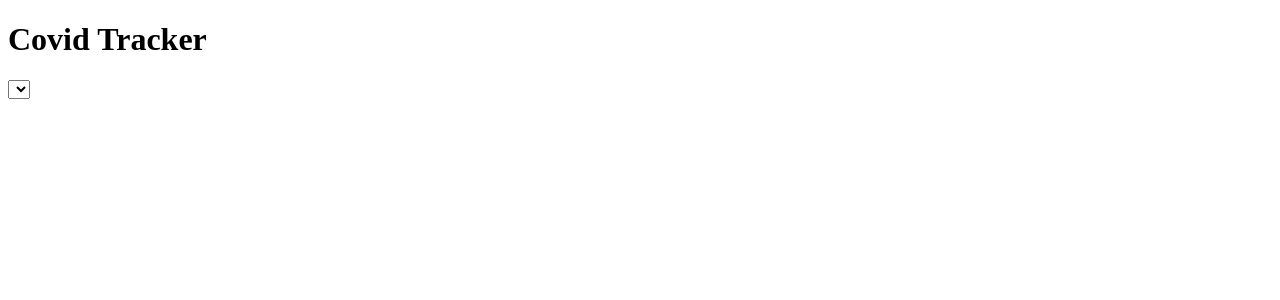
Repository: isopets/react-corona-tracker-app
Page: /
The author's editor kept a copy of each file at every save. The page is drawn from the files as they stood at one save, then again after a run of saves.
The browser window is 1280 px wide. The pictures show the whole page.
The project was rebuilt for these pictures with package versions that can differ from the ones it lists, and the page was loaded fresh each time. Also part of the build but not shown: src/App.css.

Above is the page before, as saved 2022-06-16 22:24:11.

### src/App.js
import "./App.css";
import TopPage from "./pages/TopPage";

function App() {
  return (
    <div>
      <TopPage />
    </div>
  );
}

export default App;

### src/pages/TopPage.js
import Title from "../components/Title";
import Selector from "../components/Selector";
const TopPage = () => {
  return (
    <div>
      <Title />
      <Selector />
    </div>
  );
};

export default TopPage;

### src/components/Title.js
const Title = () => {
  return <div><h1>Covid Tracker</h1> </div>;
};

export default Title;

### src/components/Selector.js
import countriesJson from "../countries.json";
const Selector = () => {
  return (
    <div>
      <select>
        {countriesJson.map(country => (
          <option>{}</option>
        ))}
      </select>
    </div>
  );
};

export default Selector;

### src/countries.json
[{
        "Country": "Senegal",
        "Slug": "senegal",
        "ISO2": "SN"
    },
    {
        "Country": "United States of America",
        "Slug": "united-states",
        "ISO2": "US"
    },
    {
        "Country": "Antigua and Barbuda",
        "Slug": "antigua-and-barbuda",
        "ISO2": "AG"
    },
    {
        "Country": "Greece",
        "Slug": "greece",
        "ISO2": "GR"
    },
    {
        "Country": "Myanmar",
        "Slug": "myanmar",
        "ISO2": "MM"
    },
    {
        "Country": "Angola",
        "Slug": "angola",
        "ISO2": "AO"
    },
    {
        "Country": "British Virgin Islands",
        "Slug": "british-virgin-islands",
        "ISO2": "VG"
    },
    {
        "Country": "Japan",
        "Slug": "japan",
        "ISO2": "JP"
    },
    {
        "Country": "Liechtenstein",
        "Slug": "liechtenstein",
        "ISO2": "LI"
    },
    {
        "Country": "Nigeria",
        "Slug": "nigeria",
        "ISO2": "NG"
    },
    {
        "Country": "Rwanda",
        "Slug": "rwanda",
        "ISO2": "RW"
    },
    {
        "Country": "Vanuatu",
        "Slug": "vanuatu",
        "ISO2": "VU"
    },
    {
        "Country": "Mali",
        "Slug": "mali",
        "ISO2": "ML"
    },
    {
        "Country": "Nauru",
        "Slug": "nauru",
        "ISO2": "NR"
    },
    {
        "Country": "Brazil",
        "Slug": "brazil",
        "ISO2": "BR"
    },
    {
        "Country": "Chile",
        "Slug": "chile",
        "ISO2": "CL"
    },
    {
        "Country": "Cocos (Keeling) Islands",
        "Slug": "cocos-keeling-islands",
        "ISO2": "CC"
    },
    {
        "Country": "Grenada",
        "Slug": "grenada",
        "ISO2": "GD"
    },
    {
        "Country": "Slovenia",
        "Slug": "slovenia",
        "ISO2": "SI"
    },
    {
        "Country": "Virgin Islands, US",
        "Slug": "virgin-islands",
        "ISO2": "VI"
    },
    {
        "Country": "Belize",
        "Slug": "belize",
        "ISO2": "BZ"
    },
    {
        "Country": "Comoros",
        "Slug": "comoros",
        "ISO2": "KM"
    },
    {
        "Country": "Estonia",
        "Slug": "estonia",
        "ISO2": "EE"
    },
    {
        "Country": "Singapore",
        "Slug": "singapore",
        "ISO2": "SG"
    },
    {
        "Country": "Barbados",
        "Slug": "barbados",
        "ISO2": "BB"
    },
    {
        "Country": "Namibia",
        "Slug": "namibia",
        "ISO2": "NA"
    },
    {
        "Country": "Tunisia",
        "Slug": "tunisia",
        "ISO2": "TN"
    },
    {
        "Country": "Central African Republic",
        "Slug": "central-african-republic",
        "ISO2": "CF"
    },
    {
        "Country": "Costa Rica",
        "Slug": "costa-rica",
        "ISO2": "CR"
    },
    {
        "Country": "Jersey",
        "Slug": "jersey",
        "ISO2": "JE"
    },
    {
        "Country": "Romania",
        "Slug": "romania",
        "ISO2": "RO"
    },
    {
        "Country": "Western Sahara",
        "Slug": "western-sahara",
        "ISO2": "EH"
    },
    {
        "Country": "Cameroon",
        "Slug": "cameroon",
        "ISO2": "CM"
    },
    {
        "Country": "Tonga",
        "Slug": "tonga",
        "ISO2": "TO"
    },
    {
        "Country": "American Samoa",
        "Slug": "american-samoa",
        "ISO2": "AS"
    },
    {
        "Country": "Colombia",
        "Slug": "colombia",
        "ISO2": "CO"
    },
    {
        "Country": "Mayotte",
        "Slug": "mayotte",
        "ISO2": "YT"
    },
    {
        "Country": "Uzbekistan",
        "Slug": "uzbekistan",
        "ISO2": "UZ"
    },
    {
        "Country": "Eritrea",
        "Slug": "eritrea",
        "ISO2": "ER"
    },
    {
        "Country": "Mongolia",
        "Slug": "mongolia",
        "ISO2": "MN"
    },
    {
        "Country": "New Caledonia",
        "Slug": "new-caledonia",
        "ISO2": "NC"
    },
    {
        "Country": "Zambia",
        "Slug": "zambia",
        "ISO2": "ZM"
    },
    {
        "Country": "Mexico",
        "Slug": "mexico",
        "ISO2": "MX"
    },
    {
        "Country": "Papua New Guinea",
        "Slug": "papua-new-guinea",
        "ISO2": "PG"
    },
    {
        "Country": "Liberia",
        "Slug": "liberia",
        "ISO2": "LR"
    },
    {
        "Country": "Malaysia",
        "Slug": "malaysia",
        "ISO2": "MY"
    },
    {
        "Country": "Niger",
        "Slug": "niger",
        "ISO2": "NE"
    },
    {
        "Country": "India",
        "Slug": "india",
        "ISO2": "IN"
    },
    {
        "Country": "Guinea",
        "Slug": "guinea",
        "ISO2": "GN"
    },
    {
        "Country": "Malawi",
        "Slug": "malawi",
        "ISO2": "MW"
    },
    {
        "Country": "Maldives",
        "Slug": "maldives",
        "ISO2": "MV"
    },
    {
        "Country": "Uganda",
        "Slug": "uganda",
        "ISO2": "UG"
    },
    {
        "Country": "Dominican Republic",
        "Slug": "dominican-republic",
        "ISO2": "DO"
    },
    {
        "Country": "French Polynesia",
        "Slug": "french-polynesia",
        "ISO2": "PF"
    },
    {
        "Country": "Gabon",
        "Slug": "gabon",
        "ISO2": "GA"
    },
    {
        "Country": "Martinique",
        "Slug": "martinique",
        "ISO2": "MQ"
    },
    {
        "Country": "Niue",
        "Slug": "niue",
        "ISO2": "NU"
    },
    {
        "Country": "San Marino",
        "Slug": "san-marino",
        "ISO2": "SM"
    },
    {
        "Country": "Burkina Faso",
        "Slug": "burkina-faso",
        "ISO2": "BF"
    },
    {
        "Country": "Cape Verde",
        "Slug": "cape-verde",
        "ISO2": "CV"
    },
    {
        "Country": "Guyana",
        "Slug": "guyana",
        "ISO2": "GY"
    },
    {
        "Country": "Kiribati",
        "Slug": "kiribati",
        "ISO2": "KI"
    },
    {
        "Country": "Libya",
        "Slug": "libya",
        "ISO2": "LY"
    },
    {
        "Country": "Mauritius",
        "Slug": "mauritius",
        "ISO2": "MU"
    },
    {
        "Country": "Saint Pierre and Miquelon",
        "Slug": "saint-pierre-and-miquelon",
        "ISO2": "PM"
    },
    {
        "Country": "Belgium",
        "Slug": "belgium",
        "ISO2": "BE"
    },
    {
        "Country": "Thailand",
        "Slug": "thailand",
        "ISO2": "TH"
    },
    {
        "Country": "Dominica",
        "Slug": "dominica",
        "ISO2": "DM"
    },
    {
        "Country": "Netherlands",
        "Slug": "netherlands",
        "ISO2": "NL"
    },
    {
        "Country": "Republic of Kosovo",
        "Slug": "kosovo",
        "ISO2": "XK"
    },
    {
        "Country": "Brunei Darussalam",
        "Slug": "brunei",
        "ISO2": "BN"
    },
    {
        "Country": "Algeria",
        "Slug": "algeria",
        "ISO2": "DZ"
    },
    {
        "Country": "Anguilla",
        "Slug": "anguilla",
        "ISO2": "AI"
    },
    {
        "Country": "Croatia",
        "Slug": "croatia",
        "ISO2": "HR"
    },
    {
        "Country": "Faroe Islands",
        "Slug": "faroe-islands",
        "ISO2": "FO"
    },
    {
        "Country": "Saint Helena",
        "Slug": "saint-helena",
        "ISO2": "SH"
    },
    {
        "Country": "Saint Kitts and Nevis",
        "Slug": "saint-kitts-and-nevis",
        "ISO2": "KN"
    },
    {
        "Country": "Serbia",
        "Slug": "serbia",
        "ISO2": "RS"
    },
    {
        "Country": "Egypt",
        "Slug": "egypt",
        "ISO2": "EG"
    },
    {
        "Country": "Israel",
        "Slug": "israel",
        "ISO2": "IL"
    },
    {
        "Country": "Uruguay",
        "Slug": "uruguay",
        "ISO2": "UY"
    },
    {
        "Country": "British Indian Ocean Territory",
        "Slug": "british-indian-ocean-territory",
        "ISO2": "IO"
    },
    {
        "Country": "Isle of Man",
        "Slug": "isle-of-man",
        "ISO2": "IM"
    },
    {
        "Country": "Korea (North)",
        "Slug": "korea-north",
        "ISO2": "KP"
    },
    {
        "Country": "Macedonia, Republic of",
        "Slug": "macedonia",
        "ISO2": "MK"
    },
    {
        "Country": "Marshall Islands",
        "Slug": "marshall-islands",
        "ISO2": "MH"
    },
    {
        "Country": "Slovakia",
        "Slug": "slovakia",
        "ISO2": "SK"
    },
    {
        "Country": "South Africa",
        "Slug": "south-africa",
        "ISO2": "ZA"
    },
    {
        "Country": "Turkey",
        "Slug": "turkey",
        "ISO2": "TR"
    },
    {
        "Country": "Spain",
        "Slug": "spain",
        "ISO2": "ES"
    },
    {
        "Country": "Sweden",
        "Slug": "sweden",
        "ISO2": "SE"
    },
    {
        "Country": "Switzerland",
        "Slug": "switzerland",
        "ISO2": "CH"
    },
    {
        "Country": "Cayman Islands",
        "Slug": "cayman-islands",
        "ISO2": "KY"
    },
    {
        "Country": "Hong Kong, SAR China",
        "Slug": "hong-kong-sar-china",
        "ISO2": "HK"
    },
    {
        "Country": "Bangladesh",
        "Slug": "bangladesh",
        "ISO2": "BD"
    },
    {
        "Country": "Lebanon",
        "Slug": "lebanon",
        "ISO2": "LB"
    },
    {
        "Country": "Saint Lucia",
        "Slug": "saint-lucia",
        "ISO2": "LC"
    },
    {
        "Country": "Saint Vincent and Grenadines",
        "Slug": "saint-vincent-and-the-grenadines",
        "ISO2": "VC"
    },
    {
        "Country": "Solomon Islands",
        "Slug": "solomon-islands",
        "ISO2": "SB"
    },
    {
        "Country": "Afghanistan",
        "Slug": "afghanistan",
        "ISO2": "AF"
    },
    {
        "Country": "Georgia",
        "Slug": "georgia",
        "ISO2": "GE"
    },
    {
        "Country": "Jamaica",
        "Slug": "jamaica",
        "ISO2": "JM"
    },
    {
        "Country": "Antarctica",
        "Slug": "antarctica",
        "ISO2": "AQ"
    },
    {
        "Country": "Denmark",
        "Slug": "denmark",
        "ISO2": "DK"
    },
    {
        "Country": "Ecuador",
        "Slug": "ecuador",
        "ISO2": "EC"
    },
    {
        "Country": "Sri Lanka",
        "Slug": "sri-lanka",
        "ISO2": "LK"
    },
    {
        "Country": "Guam",
        "Slug": "guam",
        "ISO2": "GU"
    },
    {
        "Country": "Saint-Barthélemy",
        "Slug": "saint-barthélemy",
        "ISO2": "BL"
    },
    {
        "Country": "ALA Aland Islands",
        "Slug": "ala-aland-islands",
        "ISO2": "AX"
    },
    {
        "Country": "Czech Republic",
        "Slug": "czech-republic",
        "ISO2": "CZ"
    },
    {
        "Country": "Lithuania",
        "Slug": "lithuania",
        "ISO2": "LT"
    },
    {
        "Country": "Tuvalu",
        "Slug": "tuvalu",
        "ISO2": "TV"
    },
    {
        "Country": "Azerbaijan",
        "Slug": "azerbaijan",
        "ISO2": "AZ"
    },
    {
        "Country": "Luxembourg",
        "Slug": "luxembourg",
        "ISO2": "LU"
    },
    {
        "Country": "Ethiopia",
        "Slug": "ethiopia",
        "ISO2": "ET"
    },
    {
        "Country": "Armenia",
        "Slug": "armenia",
        "ISO2": "AM"
    },
    {
        "Country": "Bahamas",
        "Slug": "bahamas",
        "ISO2": "BS"
    },
    {
        "Country": "Germany",
        "Slug": "germany",
        "ISO2": "DE"
    },
    {
        "Country": "Malta",
        "Slug": "malta",
        "ISO2": "MT"
    },
    {
        "Country": "Argentina",
        "Slug": "argentina",
        "ISO2": "AR"
    },
    {
        "Country": "Bhutan",
        "Slug": "bhutan",
        "ISO2": "BT"
    },
    {
        "Country": "Cuba",
        "Slug": "cuba",
        "ISO2": "CU"
    },
    {
        "Country": "Kuwait",
        "Slug": "kuwait",
        "ISO2": "KW"
    },
    {
        "Country": "Latvia",
        "Slug": "latvia",
        "ISO2": "LV"
    },
    {
        "Country": "Peru",
        "Slug": "peru",
        "ISO2": "PE"
    },
    {
        "Country": "Northern Mariana Islands",
        "Slug": "northern-mariana-islands",
        "ISO2": "MP"
    },
    {
        "Country": "Palau",
        "Slug": "palau",
        "ISO2": "PW"
    },
    {
        "Country": "Syrian Arab Republic (Syria)",
        "Slug": "syria",
        "ISO2": "SY"
    },
    {
        "Country": "Viet Nam",
        "Slug": "vietnam",
        "ISO2": "VN"
    },
    {
        "Country": "El Salvador",
        "Slug": "el-salvador",
        "ISO2": "SV"
    },
    {
        "Country": "Falkland Islands (Malvinas)",
        "Slug": "falkland-islands-malvinas",
        "ISO2": "FK"
    },
    {
        "Country": "Fiji",
        "Slug": "fiji",
        "ISO2": "FJ"
    },
    {
        "Country": "Gibraltar",
        "Slug": "gibraltar",
        "ISO2": "GI"
    },
    {
        "Country": "Micronesia, Federated States of",
        "Slug": "micronesia",
        "ISO2": "FM"
    },
    {
        "Country": "Nepal",
        "Slug": "nepal",
        "ISO2": "NP"
    },
    {
        "Country": "Bolivia",
        "Slug": "bolivia",
        "ISO2": "BO"
    },
    {
        "Country": "Wallis and Futuna Islands",
        "Slug": "wallis-and-futuna-islands",
        "ISO2": "WF"
    },
    {
        "Country": "Burundi",
        "Slug": "burundi",
        "ISO2": "BI"
    },
    {
        "Country": "Honduras",
        "Slug": "honduras",
        "ISO2": "HN"
    },
    {
        "Country": "Hungary",
        "Slug": "hungary",
        "ISO2": "HU"
    },
    {
        "Country": "Somalia",
        "Slug": "somalia",
        "ISO2": "SO"
    },
    {
        "Country": "Timor-Leste",
        "Slug": "timor-leste",
        "ISO2": "TL"
    },
    {
        "Country": "Turks and Caicos Islands",
        "Slug": "turks-and-caicos-islands",
        "ISO2": "TC"
    },
    {
        "Country": "Djibouti",
        "Slug": "djibouti",
        "ISO2": "DJ"
    },
    {
        "Country": "Paraguay",
        "Slug": "paraguay",
        "ISO2": "PY"
    },
    {
        "Country": "Sierra Leone",
        "Slug": "sierra-leone",
        "ISO2": "SL"
    },
    {
        "Country": "Sudan",
        "Slug": "sudan",
        "ISO2": "SD"
    },
    {
        "Country": "Côte d'Ivoire",
        "Slug": "cote-divoire",
        "ISO2": "CI"
    },
    {
        "Country": "Netherlands Antilles",
        "Slug": "netherlands-antilles",
        "ISO2": "AN"
    },
    {
        "Country": "Nicaragua",
        "Slug": "nicaragua",
        "ISO2": "NI"
    },
    {
        "Country": "Pakistan",
        "Slug": "pakistan",
        "ISO2": "PK"
    },
    {
        "Country": "Puerto Rico",
        "Slug": "puerto-rico",
        "ISO2": "PR"
    },
    {
        "Country": "Sao Tome and Principe",
        "Slug": "sao-tome-and-principe",
        "ISO2": "ST"
    },
    {
        "Country": "Italy",
        "Slug": "italy",
        "ISO2": "IT"
    },
    {
        "Country": "Bouvet Island",
        "Slug": "bouvet-island",
        "ISO2": "BV"
    },
    {
        "Country": "Bulgaria",
        "Slug": "bulgaria",
        "ISO2": "BG"
    },
    {
        "Country": "Cook Islands",
        "Slug": "cook-islands",
        "ISO2": "CK"
    },
    {
        "Country": "Turkmenistan",
        "Slug": "turkmenistan",
        "ISO2": "TM"
    },
    {
        "Country": "Aruba",
        "Slug": "aruba",
        "ISO2": "AW"
    },
    {
        "Country": "Montenegro",
        "Slug": "montenegro",
        "ISO2": "ME"
    },
    {
        "Country": "Morocco",
        "Slug": "morocco",
        "ISO2": "MA"
    },
    {
        "Country": "Russian Federation",
        "Slug": "russia",
        "ISO2": "RU"
    },
    {
        "Country": "Equatorial Guinea",
        "Slug": "equatorial-guinea",
        "ISO2": "GQ"
    },
    {
        "Country": "Qatar",
        "Slug": "qatar",
        "ISO2": "QA"
    },
    {
        "Country": "Greenland",
        "Slug": "greenland",
        "ISO2": "GL"
    },
    {
        "Country": "Palestinian Territory",
        "Slug": "palestine",
        "ISO2": "PS"
    },
    {
        "Country": "Réunion",
        "Slug": "réunion",
        "ISO2": "RE"
    },
    {
        "Country": "Seychelles",
        "Slug": "seychelles",
        "ISO2": "SC"
    },
    {
        "Country": "Tajikistan",
        "Slug": "tajikistan",
        "ISO2": "TJ"
    },
    {
        "Country": "Montserrat",
        "Slug": "montserrat",
        "ISO2": "MS"
    },
    {
        "Country": "United Arab Emirates",
        "Slug": "united-arab-emirates",
        "ISO2": "AE"
    },
    {
        "Country": "Guatemala",
        "Slug": "guatemala",
        "ISO2": "GT"
    },
    {
        "Country": "Madagascar",
        "Slug": "madagascar",
        "ISO2": "MG"
    },
    {
        "Country": "Bosnia and Herzegovina",
        "Slug": "bosnia-and-herzegovina",
        "ISO2": "BA"
    },
    {
        "Country": "Trinidad and Tobago",
        "Slug": "trinidad-and-tobago",
        "ISO2": "TT"
    },
    {
        "Country": "United Kingdom",
        "Slug": "united-kingdom",
        "ISO2": "GB"
    },
    {
        "Country": "Finland",
        "Slug": "finland",
        "ISO2": "FI"
    },
    {
        "Country": "Kyrgyzstan",
        "Slug": "kyrgyzstan",
        "ISO2": "KG"
    },
    {
        "Country": "Macao, SAR China",
        "Slug": "macao-sar-china",
        "ISO2": "MO"
    },
    {
        "Country": "Moldova",
        "Slug": "moldova",
        "ISO2": "MD"
    },
    {
        "Country": "Botswana",
        "Slug": "botswana",
        "ISO2": "BW"
    },
    {
        "Country": "Korea (South)",
        "Slug": "korea-south",
        "ISO2": "KR"
    },
    {
        "Country": "Oman",
        "Slug": "oman",
        "ISO2": "OM"
    },
    {
        "Country": "Saudi Arabia",
        "Slug": "saudi-arabia",
        "ISO2": "SA"
    },
    {
        "Country": "South Georgia and the South Sandwich Islands",
        "Slug": "south-georgia-and-the-south-sandwich-islands",
        "ISO2": "GS"
    },
    {
        "Country": "Swaziland",
        "Slug": "swaziland",
        "ISO2": "SZ"
    },
    {
        "Country": "China",
        "Slug": "china",
        "ISO2": "CN"
    },
    {
        "Country": "Bermuda",
        "Slug": "bermuda",
        "ISO2": "BM"
    },
    {
        "Country": "Iceland",
        "Slug": "iceland",
        "ISO2": "IS"
    },
    {
        "Country": "Christmas Island",
        "Slug": "christmas-island",
        "ISO2": "CX"
    },
    {
        "Country": "Congo (Brazzaville)",
        "Slug": "congo-brazzaville",
        "ISO2": "CG"
    },
    {
        "Country": "Kazakhstan",
        "Slug": "kazakhstan",
        "ISO2": "KZ"
    },
    {
        "Country": "Taiwan, Republic of China",
        "Slug": "taiwan",
        "ISO2": "TW"
    },
    {
        "Country": "Togo",
        "Slug": "togo",
        "ISO2": "TG"
    },
    {
        "Country": "Venezuela (Bolivarian Republic)",
        "Slug": "venezuela",
        "ISO2": "VE"
    },
    {
        "Country": "Tanzania, United Republic of",
        "Slug": "tanzania",
        "ISO2": "TZ"
    },
    {
        "Country": "US Minor Outlying Islands",
        "Slug": "us-minor-outlying-islands",
        "ISO2": "UM"
    },
    {
        "Country": "Saint-Martin (French part)",
        "Slug": "saint-martin-french-part",
        "ISO2": "MF"
    },
    {
        "Country": "Albania",
        "Slug": "albania",
        "ISO2": "AL"
    },
    {
        "Country": "Heard and Mcdonald Islands",
        "Slug": "heard-and-mcdonald-islands",
        "ISO2": "HM"
    },
    {
        "Country": "Austria",
        "Slug": "austria",
        "ISO2": "AT"
    },
    {
        "Country": "Panama",
        "Slug": "panama",
        "ISO2": "PA"
    },
    {
        "Country": "Iraq",
        "Slug": "iraq",
        "ISO2": "IQ"
    },
    {
        "Country": "Ireland",
        "Slug": "ireland",
        "ISO2": "IE"
    },
    {
        "Country": "Mozambique",
        "Slug": "mozambique",
        "ISO2": "MZ"
    },
    {
        "Country": "Philippines",
        "Slug": "philippines",
        "ISO2": "PH"
    },
    {
        "Country": "Ukraine",
        "Slug": "ukraine",
        "ISO2": "UA"
    },
    {
        "Country": "Ghana",
        "Slug": "ghana",
        "ISO2": "GH"
    },
    {
        "Country": "Mauritania",
        "Slug": "mauritania",
        "ISO2": "MR"
    },
    {
        "Country": "Norway",
        "Slug": "norway",
        "ISO2": "NO"
    },
    {
        "Country": "Chad",
        "Slug": "chad",
        "ISO2": "TD"
    },
    {
        "Country": "Kenya",
        "Slug": "kenya",
        "ISO2": "KE"
    },
    {
        "Country": "Lao PDR",
        "Slug": "lao-pdr",
        "ISO2": "LA"
    },
    {
        "Country": "Svalbard and Jan Mayen Islands",
        "Slug": "svalbard-and-jan-mayen-islands",
        "ISO2": "SJ"
    },
    {
        "Country": "Benin",
        "Slug": "benin",
        "ISO2": "BJ"
    },
    {
        "Country": "Samoa",
        "Slug": "samoa",
        "ISO2": "WS"
    },
    {
        "Country": "South Sudan",
        "Slug": "south-sudan",
        "ISO2": "SS"
    },
    {
        "Country": "Belarus",
        "Slug": "belarus",
        "ISO2": "BY"
    },
    {
        "Country": "Cambodia",
        "Slug": "cambodia",
        "ISO2": "KH"
    },
    {
        "Country": "Cyprus",
        "Slug": "cyprus",
        "ISO2": "CY"
    },
    {
        "Country": "Jordan",
        "Slug": "jordan",
        "ISO2": "JO"
    },
    {
        "Country": "Portugal",
        "Slug": "portugal",
        "ISO2": "PT"
    },
    {
        "Country": "Bahrain",
        "Slug": "bahrain",
        "ISO2": "BH"
    },
    {
        "Country": "Suriname",
        "Slug": "suriname",
        "ISO2": "SR"
    },
    {
        "Country": "Andorra",
        "Slug": "andorra",
        "ISO2": "AD"
    },
    {
        "Country": "Guernsey",
        "Slug": "guernsey",
        "ISO2": "GG"
    },
    {
        "Country": "New Zealand",
        "Slug": "new-zealand",
        "ISO2": "NZ"
    },
    {
        "Country": "Pitcairn",
        "Slug": "pitcairn",
        "ISO2": "PN"
    },
    {
        "Country": "Tokelau",
        "Slug": "tokelau",
        "ISO2": "TK"
    },
    {
        "Country": "French Southern Territories",
        "Slug": "french-southern-territories",
        "ISO2": "TF"
    },
    {
        "Country": "Congo (Kinshasa)",
        "Slug": "congo-kinshasa",
        "ISO2": "CD"
    },
    {
        "Country": "French Guiana",
        "Slug": "french-guiana",
        "ISO2": "GF"
    },
    {
        "Country": "Guinea-Bissau",
        "Slug": "guinea-bissau",
        "ISO2": "GW"
    },
    {
        "Country": "Haiti",
        "Slug": "haiti",
        "ISO2": "HT"
    },
    {
        "Country": "Holy See (Vatican City State)",
        "Slug": "holy-see-vatican-city-state",
        "ISO2": "VA"
    },
    {
        "Country": "Zimbabwe",
        "Slug": "zimbabwe",
        "ISO2": "ZW"
    },
    {
        "Country": "Australia",
        "Slug": "australia",
        "ISO2": "AU"
    },
    {
        "Country": "France",
        "Slug": "france",
        "ISO2": "FR"
    },
    {
        "Country": "Gambia",
        "Slug": "gambia",
        "ISO2": "GM"
    },
    {
        "Country": "Indonesia",
        "Slug": "indonesia",
        "ISO2": "ID"
    },
    {
        "Country": "Iran, Islamic Republic of",
        "Slug": "iran",
        "ISO2": "IR"
    },
    {
        "Country": "Monaco",
        "Slug": "monaco",
        "ISO2": "MC"
    },
    {
        "Country": "Norfolk Island",
        "Slug": "norfolk-island",
        "ISO2": "NF"
    },
    {
        "Country": "Canada",
        "Slug": "canada",
        "ISO2": "CA"
    },
    {
        "Country": "Guadeloupe",
        "Slug": "guadeloupe",
        "ISO2": "GP"
    },
    {
        "Country": "Lesotho",
        "Slug": "lesotho",
        "ISO2": "LS"
    },
    {
        "Country": "Poland",
        "Slug": "poland",
        "ISO2": "PL"
    },
    {
        "Country": "Yemen",
        "Slug": "yemen",
        "ISO2": "YE"
    }
]

Loaded but not shown: public/index.html (common file); src/index.js (common file)

After the next 2 saves:
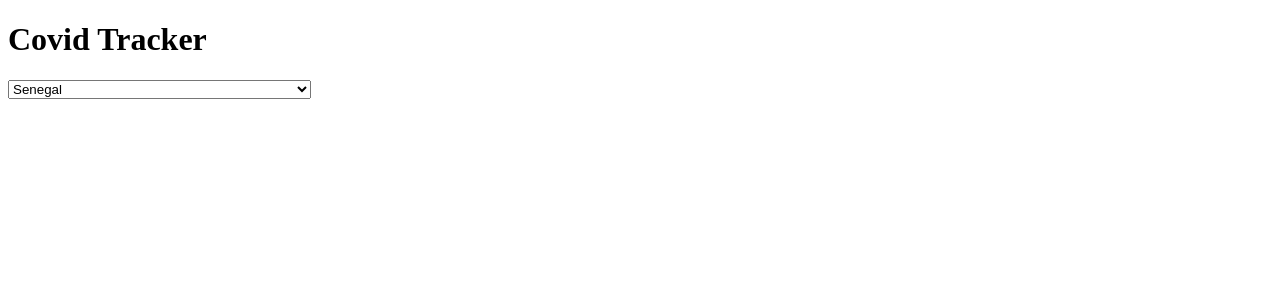
The 2 saves are shown as one change because 1 did not build or start.
The last was saved 11 s later.
--- a/src/components/Selector.js
+++ b/src/components/Selector.js
@@ -4,7 +4,7 @@ const Selector = () => {
     <div>
       <select>
         {countriesJson.map(country => (
-          <option>{}</option>
+          <option>{country.Country}</option>
         ))}
       </select>
     </div>
